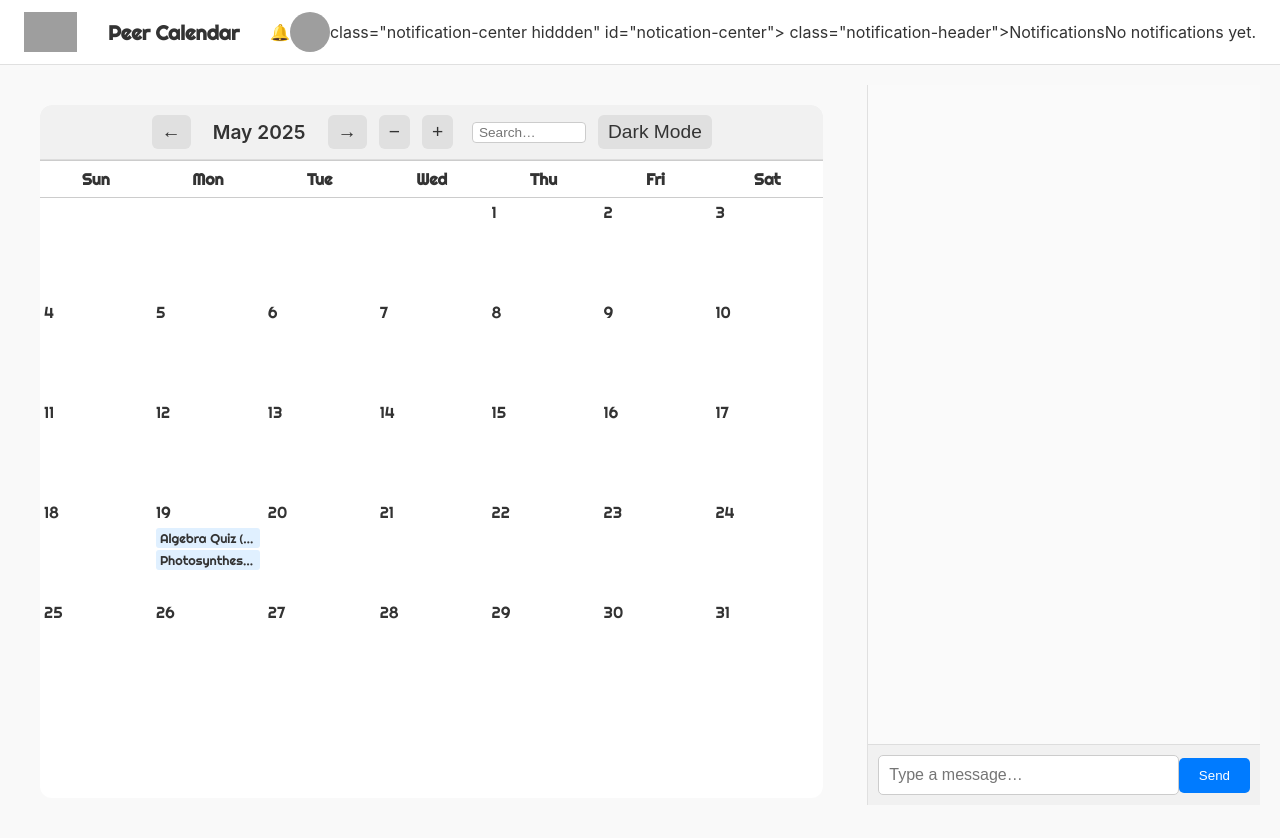
Repository: saifg123/Peer
Page: app.html
These files come from the project's save history. The page is drawn as it stood at one moment and after the next save; the edit follows.
The browser window is 1280 px wide. The pictures show the whole page.
Pictures or frames that could not be fetched are drawn as grey boxes.

Above is the page before, as saved 2025-05-20 19:44:53.

### app.html
<!DOCTYPE html>
<html lang="en">
<head>
  <meta charset="UTF-8" />
  <meta name="viewport" content="width=device-width, initial-scale=1.0" />
  <title>Peer Calendar</title>
  <link href="https://fonts.googleapis.com/css2?family=Righteous&display=swap" rel="stylesheet" />
  <link rel="stylesheet" href="stylesapp.css" />
  <style>
    .app-header {
      display: flex;
      align-items: center;
      justify-content: space-between;
      padding: 12px 24px;
      background-color: #ffffff;
      border-bottom: 1px solid #e0e0e0;
      position: sticky;
      top: 0;
      z-index: 100;
    }

    .app-logo {
      height: 40px;
    }

    .header-center-text {
      font-family: 'Righteous', sans-serif;
      font-size: 20px;
      font-weight: bold;
      flex-grow: 1;
      text-align: center;
      color: #333;
    }

    .profile-icon {
      height: 40px;
      width: 40px;
      border-radius: 50%;
      object-fit: cover;
    }

    .app-container {
      display: flex;
      flex-direction: row;
      align-items: flex-start;
    }

    .calendar-app {
      flex: 2;
      min-width: 0;
    }

    .chatbox {
      flex: 1;
      min-width: 300px;
      max-width: 400px;
      margin-left: 24px;
      background: #fafafa;
      border-left: 1px solid #e0e0e0;
      height: 100vh;
      display: flex;
      flex-direction: column;
      position: sticky;
      top: 0;
    }

    .chat-messages {
      flex: 1;
      overflow-y: auto;
      padding: 16px;
      display: flex;
      flex-direction: column;
      gap: 10px;
    }

    .chat-message {
      max-width: 70%;
      padding: 10px 14px;
      border-radius: 16px;
      margin-bottom: 4px;
      word-break: break-word;
      display: inline-block;
      clear: both;
    }

    .chat-message.sent {
      align-self: flex-end;
      background: #007bff;
      color: #fff;
      border-bottom-right-radius: 4px;
      border-bottom-left-radius: 16px;
    }

    .chat-message.received {
      align-self: flex-start;
      background: #e4e6eb;
      color: #222;
      border-bottom-left-radius: 4px;
      border-bottom-right-radius: 16px;
    }

    .chat-input-area {
      display: flex;
      justify-content: space-between;
      align-items: center;
      padding: 10px;
      background-color: #f1f1f1;
    }

    #chat-input {
      width: 80%;
      padding: 10px;
      border-radius: 5px;
      border: 1px solid #ccc;
    }

    #chat-send {
      padding: 10px 20px;
      background-color: #007bff;
      color: white;
      border: none;
      border-radius: 5px;
      cursor: pointer;
    }

    #chat-send:hover {
      background-color: #0056b3;
    }

    body.dark-mode {
      background-color: #121212;
      color: #000000;
    }

    body.dark-mode .chatbox {
      background-color: #1e1e1e;
      border-left: 1px solid #333;
    }

    body.dark-mode .chat-message.sent {
      background-color: #4a90e2;
    }

    body.dark-mode .chat-message.received {
      background-color: #2a2a2a;
    }

    body.dark-mode .chat-input-area {
      background-color: #1e1e1e;
    }

    body.dark-mode input,
    body.dark-mode textarea {
      background-color: #333;
      color: #f1eaea;
      border: 1px solid #555;
    }

    body.dark-mode .app-header {
      background-color: #292626;
      border-bottom: 1px solid #333;
    }

    body.dark-mode .header-center-text {
      color: #ffffff;
    }
  </style>
</head>
<body>
  <header class="app-header">
    <img src="logo.png" alt="Logo" class="app-logo" />
    <div class="header-center-text">Peer Calendar</div>

    <div class="header-right-icons"></div>
     <div class="notification-icon" id="notification-toggle">🔔</div>
     <img src="profile.jpg" alt="Profile" class="profile-icon" />

    <div></div> class="notification-center hiddden" id="notication-center"></div>
      </div> class="notification-header">Notifications</div>
      <div class="notification-list"></div>
      <div class="notification-item">No notifications yet.</div>
    </div>

  </header>

  <div class="app-container">
    <!-- Calendar Panel -->
    <div class="calendar-app">
      <div id="calendar-controls">
        <button type="button" id="prev">&larr;</button>
        <div id="view-label">Month</div>
        <button type="button" id="next">&rarr;</button>
        <button type="button" id="zoom-out">−</button>
        <button type="button" id="zoom-in">+</button>
        <input id="event-search" placeholder="Search…" />
        <button type="button" id="toggle-dark-mode">Dark Mode</button>
      </div>
      <div id="calendar-view"></div>
      <div id="calendar"></div>
    </div>

    <div id="event-modal" class="hidden">
      <div id="event-modal-content">
        <div id="event-modal-header">
          <span id="event-modal-date"></span>
          <button type="button" id="event-modal-close">&times;</button>
        </div>
        <textarea id="event-modal-text" placeholder="Add a note..."></textarea>
        <button type="button" id="event-modal-save">Save</button>
      </div>
    </div>

    <!-- Chat Panel -->
    <div class="chatbox">
      <div id="chat-messages" class="chat-messages"></div>
      <div class="chat-input-area">
        <input type="text" id="chat-input" placeholder="Type a message…" />
        <button type="button" id="chat-send">Send</button>
      </div>
    </div>
  </div>

  <script src="script.js"></script>
</body>
</html>

### stylesapp.css
/* Base */
body {
  margin: 0;
  font-family: -apple-system, BlinkMacSystemFont, sans-serif;
  background: #f9f9f9;
  color: #333;
}
.calendar-app {
  max-width: 900px;
  margin: 20px 0 20px 20px;
  /* ✨ Rounded outer container */
  border-radius: 12px;
  background: #fff;           /* ensure bgcolor behind rounded edges */
  overflow: hidden;
}

/* Controls */
#calendar-controls {
  display: flex;
  align-items: center;
  justify-content: center;
  gap: 12px;
  padding: 10px;
  background: #f1f1f1;
  border-bottom: 1px solid #ddd;
}
#calendar-controls button {
  font-size: 1.2em;
  padding: 6px 10px;
  background: #e0e0e0;
  color: #333;
  border: none;
  border-radius: 6px;
  cursor: pointer;
}
#calendar-controls button:hover {
  background: #d0d0d0;
}
#view-label {
  font-size: 1.2em;
  font-weight: 600;
  margin: 0 10px;
}

/* Transition wrapper */
.calendar-view {
  opacity: 1;
  transform: scale(1);
  transition: opacity 0.3s, transform 0.3s;
}
.calendar-view.transitioning {
  opacity: 0;
  transform: scale(0.98);
}

/* ========== DAY VIEW ========== */
.day-grid {
  font-family: Righteous, sans-serif;
  display: grid;
  grid-template-rows: repeat(24, 40px);
  border-left: 1px solid #ccc;
  position: relative;
}
.day-cell {
  font-family: Righteous, sans-serif;
  border-top: 1px solid #eee;
  padding-left: 50px;
  position: relative;
  display: flex;
  flex-direction: column;
  justify-content: flex-start;
  overflow-y: auto;
  padding: 2px;
  transition: background 0.2s;
}


.day-cell span {
  font-family: Righteous, sans-serif;
  position: absolute;
  left: 0;
  top: 0;
  font-size: 12px;
  color: #888;
}

/* ========== WEEK VIEW ========== */
.week-grid {
  font-family: Righteous, sans-serif;
  display: flex;
  flex-direction: column;
}
.week-labels {
  font-family: Righteous, sans-serif;
  display: grid;
  grid-template-columns: repeat(7, 1fr);
  background: #fafafa;
  border-bottom: 1px solid #ccc;
}
.week-label {
  font-family: Righteous, sans-serif;
  text-align: center;
  padding: 8px 0;
  font-weight: bold;
}
.week-row {
  font-family: Righteous, sans-serif;
  display: grid;
  grid-template-columns: repeat(7, 1fr);
  height: 45px; /* Or whatever height you want for each day */
}

.week-cell {
  font-family: Righteous, sans-serif;
  border: 1px solid #eee;
  position: relative;
  padding: 2px;
  display: flex;
  flex-direction: column;
  align-items: flex-start;
  overflow-y: auto;
  transition: background 0.2s;
}



/* ========== MONTH VIEW ========== */
.month-grid {
  font-family: Righteous, sans-serif;
  display: grid;
  grid-template-columns: repeat(7, 1fr);
  border-top: 1px solid #ccc;
}
.month-labels {
  font-family: Righteous, sans-serif;
  display: contents;
}
.month-label {
  font-family: Righteous, sans-serif;
  text-align: center;
  font-weight: bold;
  padding: 8px 0;
  border-bottom: 1px solid #ccc;
}
.month-row {
  font-family: Righteous, sans-serif;
  display: contents;
}
.month-cell {
  font-family: Righteous, sans-serif;
  height: 100px; /* or whatever height you want */
  overflow: hidden;
  display: flex;
  flex-direction: column;
  padding: 4px;
  box-sizing: border-box;
}

.month-cell .event-item {
  font-family: Righteous, sans-serif;
  align-self: flex-start; /* assignment goes under the date */
}

.month-cell.empty {
  font-family: Righteous, sans-serif;
  background: #f9f9f9;
  color: #ccc;
}



/* ========== MULTI‐MONTH (Quarter/Semester/Year) ========== */
.multi-month-grid {
  font-family: Righteous, sans-serif;
  display: grid;
  grid-template-columns: repeat(auto-fit, minmax(220px,1fr));
  gap: 20px;
  padding: 20px;
}
.month-tile {
  font-family: Righteous, sans-serif;
  background: #fff;
  border: 1px solid #ddd;
  border-radius: 10px;
  padding: 10px;
  position: relative;
  box-shadow: 0 1px 3px rgba(0,0,0,0.1);
}
.month-title {
  font-family: Righteous, sans-serif;
  text-align: center;
  font-weight: 600;
  margin-bottom: 8px;
}
.month-weekdays {
  font-family: Righteous, sans-serif;
  display: grid;
  grid-template-columns: repeat(7,1fr);
  font-size: 0.8em;
  font-weight: bold;
  text-align: center;
  color: #555;
  margin-bottom: 4px;
}
.month-days {
  font-family: Righteous, sans-serif;
  display: grid;
  grid-template-columns: repeat(7,1fr);
  text-align: center;
}
.day {
  font-family: Righteous, sans-serif;
  padding: 4px 0;
  font-size: 0.85em;
  /* ✨ Rounded mini‐cells + hover */
  border-radius: 4px;
  transition: background 0.2s;
}
.empty { visibility: hidden; }
.day:hover {
  font-family: Righteous, sans-serif;
  background: #e6f7ff;
}
.day.highlight {
  font-family: Righteous, sans-serif;
  background-color: #ffeb3b;
  font-weight: bold;
  border: 2px solid #f57c00;
  border-radius: 4px;
}
/* === Flex container for calendar + chat === */
.app-container {
  display: flex;
  gap: 20px;
  padding: 20px;
}



.chat-messages {
  flex: 1;
  padding: 10px;
  overflow-y: auto;
}

.chat-message {
  margin-bottom: 8px;
  padding: 6px 10px;
  border-radius: 8px;
  max-width: 80%;
}

.chat-message.user {
  background: #e0f7fa;
  align-self: flex-end;
}

.chat-message.bot {
  background: #f1f1f1;
  align-self: flex-start;
}

.chat-input-area {
  display: flex;
  border-top: 1px solid #ddd;
}

#chat-input {
  flex: 1;
  border: none;
  padding: 10px;
  font-size: 1em;
  outline: none;
}

#chat-send {
  border: none;
  background: #007aff;
  color: white;
  padding: 0 20px;
  cursor: pointer;
}
#chat-send:hover {
  background: #005ec2;
}
#event-search {
  margin-left: 0.5em;
  padding: 2px 6px;
  font-size: 0.85em;
  border: 1px solid #ccc;
  border-radius: 4px;
  width: 100px;
}
#event-modal {
  position: fixed;
  top: 0; left: 0;
  width: 100vw; height: 100vh;
  background: rgba(0, 0, 0, 0.4);
  display: flex;
  align-items: center;
  justify-content: center;
  z-index: 999;
}

#event-modal.hidden {
  display: none;
}

#event-modal-content {
  background: white;
  padding: 1em;
  border-radius: 6px;
  width: 300px;
  box-shadow: 0 2px 10px rgba(0,0,0,0.2);
  display: flex;
  flex-direction: column;
}

#event-modal-header {
  display: flex;
  justify-content: space-between;
  align-items: center;
  margin-bottom: 0.5em;
}

#event-modal-header span {
  font-weight: bold;
}

#event-modal-close {
  background: none;
  border: none;
  font-size: 1.2em;
  cursor: pointer;
}

#event-modal-text {
  width: 180px;
  height: 40px;
  font-size: 0.9em;
  resize: none;
  margin-bottom: 0.5em;
  padding: 4px;
}

/* Align the Add Note button to the right of the day header */
.day-header {
  display: flex;
  justify-content: space-between;
  align-items: center;
}
#open-note-day {
  font-size: 0.9em;
  padding: 4px 8px;
  border: none;
  background: #007aff;
  color: white;
  border-radius: 4px;
  cursor: pointer;
}
#open-note-day:hover {
  background: #005ec2;
}


/* Style the note banner under the header */
.note-banner {
  background: #fffae6;
  color: #333;
  padding: 4px 8px;
  margin: 4px 0;
  border: 1px solid #ffd54f;
  border-radius: 4px;
  cursor: grab;
  user-select: none;
}

/* When dragging */
.note-banner:active {
  opacity: 0.6;
}

/* Allow dropping into hour slots */
.day-cell {
  position: relative;
}
.day-cell.drag-over {
  background: #e0ffe0;
}
/* Force the modal textarea to be small */
#event-modal-text {
  width: 180px !important;
  height: 40px !important;
  min-height: 0 !important;
  resize: none !important;
  font-size: 0.9em;
  padding: 4px;
  box-sizing: border-box;
}
/* Day-view cells */
.day-cell {
  /* your existing rules… */
  transition: background 0.2s;
}
.day-cell:hover {
  background: #e6f7ff;
}

/* Week-view cells */
.week-cell {
  /* your existing rules… */
  transition: background 0.2s;
}
.week-cell:hover {
  background: #e6f7ff;
}

/* Month-view cells */
.month-cell {
  /* your existing rules… */
  transition: background 0.2s;
}
.month-cell:hover {
  background: #e6f7ff;
}
.note-banner {
  background: #e8f0fe;
  border-left: 4px solid #4285f4;
  padding: 4px 6px;
  margin: 4px 0;
  font-size: 0.85em;
  border-radius: 4px;
}
.event-item {
  font-size: 0.8em;
  background: #e0f0ff;
  margin: 2px 0;
  padding: 2px 4px;
  border-radius: 3px;
  white-space: nowrap;
  overflow: hidden;
  text-overflow: ellipsis;
}

.month-events {
  flex: 1;
  overflow-y: auto;
  margin-top: 4px;
}


.month-cell {
  display: flex;
  flex-direction: column;
  padding: 4px;
  box-sizing: border-box;
}
.note-banner {
  background: #fffdc4;
  border-left: 4px solid #f0c000;
  padding: 4px 8px;
  margin-top: 4px;
  font-size: 0.9em;
  border-radius: 4px;
}
.smooth-dragging {
  position: absolute;
  z-index: 10000;
  pointer-events: none;
  background: #ffe478;
  padding: 10px 14px;
  border-radius: 8px;
  box-shadow: 0 6px 16px rgba(0, 0, 0, 0.3);
  transform: rotate(-2deg) scale(1.05);
  animation: wobble-float 0.5s infinite ease-in-out;
}

@keyframes wobble-float {
  0%   { transform: rotate(-2deg) translateY(0); }
  50%  { transform: rotate(-3deg) translateY(-3px); }
  100% { transform: rotate(-2deg) translateY(0); }
}

.note-banner.drop-bounce {
  animation: drop-bounce 0.3s ease-out;
}

@keyframes drop-bounce {
  0%   { transform: scale(1.1) translateY(-4px); }
  100% { transform: scale(1) translateY(0); }
}

Loaded but not shown: script.js (566 lines, source omitted)

After the next save:
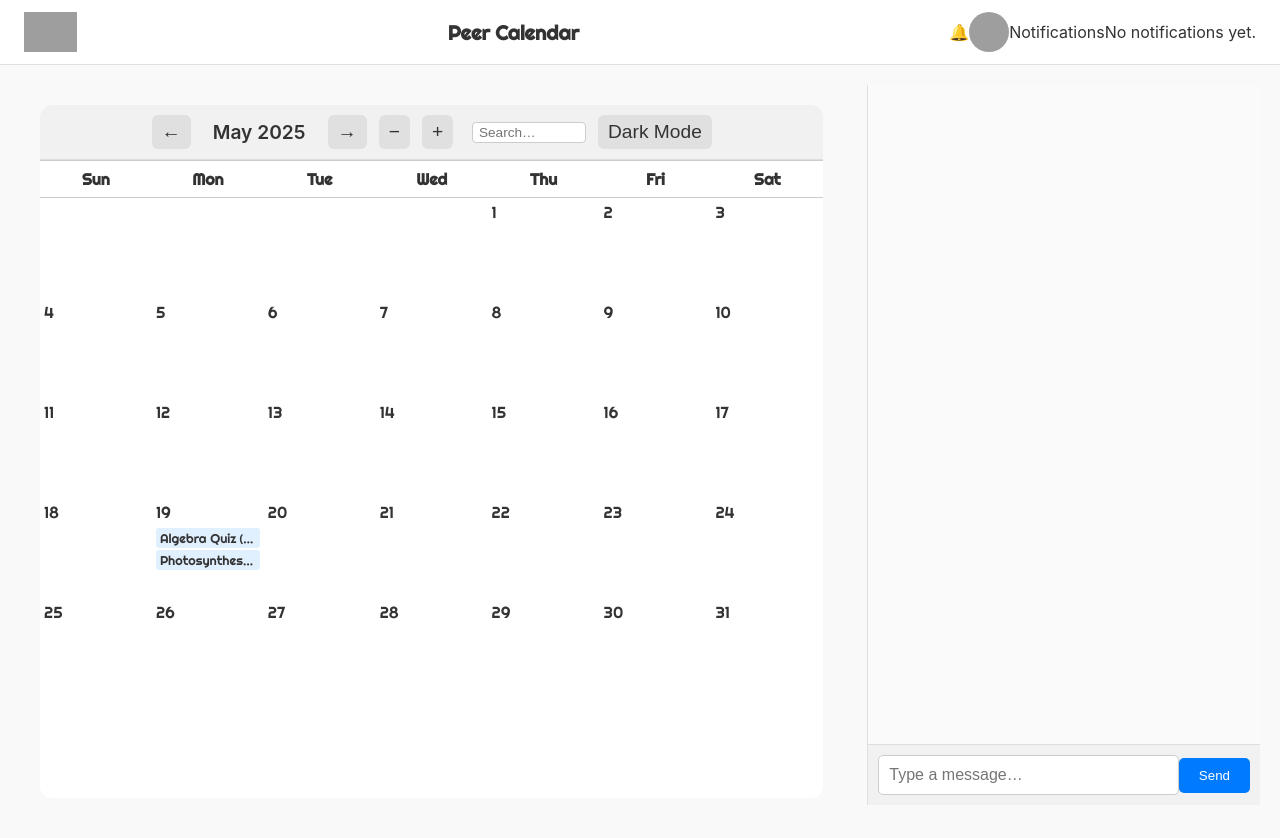
Saved 48 s later.
--- a/app.html
+++ b/app.html
@@ -175,8 +175,8 @@
      <div class="notification-icon" id="notification-toggle">🔔</div>
      <img src="profile.jpg" alt="Profile" class="profile-icon" />
 
-    <div></div> class="notification-center hiddden" id="notication-center"></div>
-      </div> class="notification-header">Notifications</div>
+    <div class="notification-center hiddden" id="notication-center"></div>
+      <div class="notification-header">Notifications</div>
       <div class="notification-list"></div>
       <div class="notification-item">No notifications yet.</div>
     </div>
